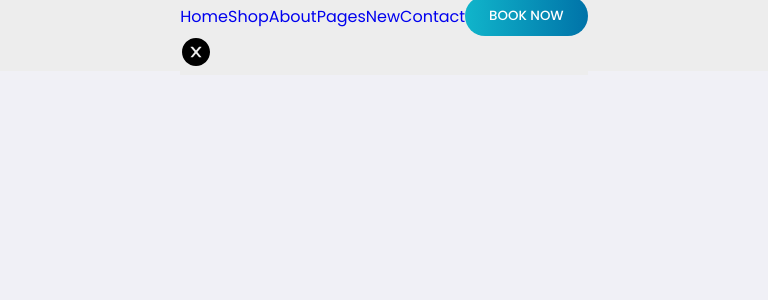
Repository: tungts3qb/TravelWebsite
Page: /
The author's editor kept a copy of each file at every save. The page is drawn from the files as they stood at one save, then again after the next save.
The browser window is 768 px wide. The pictures show the whole page.
The project was rebuilt for these pictures with package versions that can differ from the ones it lists, and the page was loaded fresh each time. Also part of the build but not shown: src/Components/Home/home.css, src/Components/Home/Home.jsx, src/Components/Main/main.css, src/Components/Main/Main.jsx, src/Components/Footer/footer.css, src/Components/Footer/Footer.jsx.

Above is the page before, as saved 2023-03-21 15:24:13.

### src/App.js
import React from "react";
import "./app.css";
import Navbar from "./Components/Navbar/Navbar";
import Home from "./Components/Home/Home";
import Main from "./Components/Main/Main";
import Footer from "./Components/Footer/Footer";

const App = () => {
  return (
    <>
      <Navbar />
      {/* <Home></Home>
      <Main></Main>
      <Footer></Footer> */}
    </>
  );
};

export default App;

### src/App.css
@import url("https://fonts.googleapis.com/css2?family=Poppins:wght@300;400;500;600;700&display=swap");

* {
  padding: 0;
  margin: 0;
  box-sizing: border-box;
  font-family: "Poppins", sans-serif;
}

:root {
  --PrimaryColor: hsl(199, 100%, 33%);
  --SecondaryColor: hsl(187, 85%, 43%);
  --gradientColor: linear-gradient(
    to right,
    hsl(187, 85%, 43%),
    hsl(199, 100%, 33%)
  );
  --whiteColor: hsl(0, 0%, 100%);
  --blackColor: hsl(201, 33%, 16%);
  --textColor: hsl(240, 4%, 36%);
  --whiteColorDeam: hsl(0, 0%, 93%);
  --greyText: rgb(190, 190, 190);
  --inputColor: rgb(239, 239, 239);
  --bodyColor: rgb(240, 240, 246);
  --cardBG: rgb(255, 255, 235);
}

a {
  text-decoration: none;
}

li {
  list-style: none;
}

.section {
  padding: 4rem 0 2rem;
}

.container {
  padding-left: 1.5rem;
  padding-right: 1.5rem;
}

.icon {
  font-size: 2rem;
  cursor: pointer;
}

.flex {
  display: flex;
  align-items: center;
}

.grid {
  display: grid;
  align-items: center;
}

.btn {
  padding: 0.6rem 1.5rem;
  background: var(--gradientColor);
  border-radius: 3rem;
  border: none;
  outline: none;
  cursor: pointer;
}

.btn a {
  color: var(--whiteColor);
  font-weight: 500;
}

.btn:hover {
  background: var(--SecondaryColor);
}

img,
video {
  width: 100%;
  height: auto;
}

input {
  font-size: 100%;
}

body {
  background: var(--bodyColor);
}

### src/Components/Navbar/Navbar.jsx
import React from "react";
import "./navbar.css";
import { MdOutlineModeOfTravel } from "react-icons/md";
import { AiFillCloseCircle } from "react-icons/ai";
import { TbGridDots } from "react-icons/tb";

const Navbar = () => {
  return (
    <section className="navBarSection">
      <header className="header flex">
        <div className="logoDiv">
          <a href="#" className="logo flex">
            <MdOutlineModeOfTravel className="icon" />
            <h1>Travel.</h1>
          </a>
        </div>

        <div className="navBar">
          <ul className="navLists flex">
            <li className="navItem">
              <a href="#" className="navLink">
                Home
              </a>
            </li>

            <li className="navItem">
              <a href="#" className="navLink">
                Shop
              </a>
            </li>

            <li className="navItem">
              <a href="#" className="navLink">
                About
              </a>
            </li>

            <li className="navItem">
              <a href="#" className="navLink">
                Pages
              </a>
            </li>

            <li className="navItem">
              <a href="#" className="navLink">
                New
              </a>
            </li>

            <li className="navItem">
              <a href="#" className="navLink">
                Contact
              </a>
            </li>

            <button className="btn">
              <a href="#">BOOK NOW</a>
            </button>
          </ul>
          <div className="closeNavBar">
            <AiFillCloseCircle className="icon" />
          </div>
        </div>

        <div className="toggleNavbar">
          <TbGridDots className="icon" />
        </div>
      </header>
    </section>
  );
};

export default Navbar;

### src/Components/Navbar/navbar.css
:root {
  --PrimaryColor: hsl(199, 100%, 33%);
  --SecondaryColor: hsl(187, 85%, 43%);
  --gradientColor: linear-gradient(
    to right,
    hsl(187, 85%, 43%),
    hsl(199, 100%, 33%)
  );
  --whiteColor: hsl(0, 0%, 100%);
  --blackColor: hsl(201, 33%, 16%);
  --textColor: hsl(240, 4%, 36%);
  --whiteColorDeam: hsl(0, 0%, 93%);
  --greyText: rgb(190, 190, 190);
  --inputColor: rgb(239, 239, 239);
  --bodyColor: rgb(240, 240, 246);
  --cardBG: rgb(255, 255, 235);
}

.header {
  position: fixed;
  display: flex;
  align-items: center;
  justify-content: center;
  background: var(--whiteColorDeam);
  width: 100%;
  padding: 1rem;
  z-index: 1000;
}
.header .logo {
  color: var(--blackColor);
}
@media screen and (max-width: 768px) {
  .header .navBar {
    position: absolute;
    background-color: var(--whiteColorDeam);
  }
}/*# sourceMappingURL=navbar_20230321152413.css.map */

Loaded but not shown: public/index.html (common file); src/index.js (common file)

After the next save:
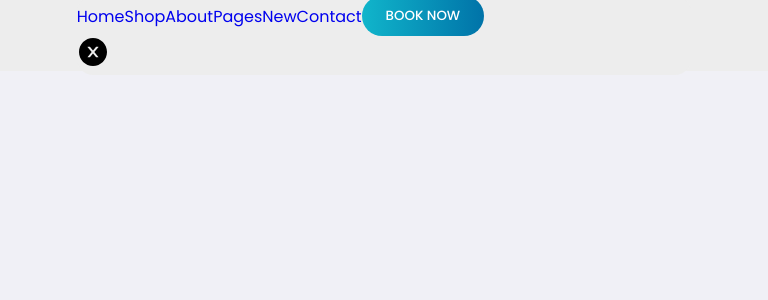
Saved 23 s later.
--- a/src/Components/Navbar/navbar.css
+++ b/src/Components/Navbar/navbar.css
@@ -33,5 +33,9 @@
   .header .navBar {
     position: absolute;
     background-color: var(--whiteColorDeam);
+    height: -moz-max-content;
+    height: max-content;
+    width: 80%;
+    border-radius: 1rem;
   }
-}/*# sourceMappingURL=navbar_20230321152413.css.map */
+}/*# sourceMappingURL=navbar_20230321152436.css.map */
